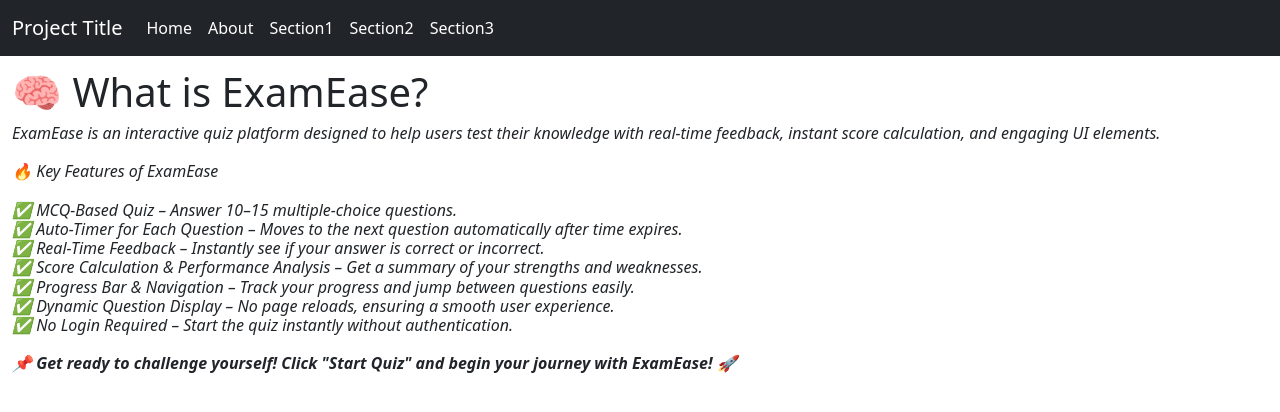
Repository: rahul-chakradhari/devquest
Page: /about (app in project/)
An editor plug-in stored every save of this project. The page is shown before and after the next save, followed by the edit.
The browser window is 1280 px wide. The pictures show the whole page.
The project was rebuilt for these pictures with package versions that can differ from the ones it lists, and the page was loaded fresh each time. Also part of the build but not shown: project/vite.config.js, project/src/components/Home.jsx, project/src/components/Section1.jsx, project/src/components/Section2.jsx, project/src/components/Section3.jsx, project/src/index.css.

Above is the page before, as saved 2025-02-23 13:06:50.

### project/index.html
<!DOCTYPE html>
<html lang="en">
  <head>
    <meta charset="UTF-8" />
    <link rel="icon" type="image/svg+xml" href="/vite.svg" />
    <meta name="viewport" content="width=device-width, initial-scale=1.0" />
    <title>Project</title>
    <link
      href="https://cdn.jsdelivr.net/npm/bootstrap@5.3.3/dist/css/bootstrap.min.css"
      rel="stylesheet"
      integrity="sha384-QWTKZyjpPEjISv5WaRU9OFeRpok6YctnYmDr5pNlyT2bRjXh0JMhjY6hW+ALEwIH"
      crossorigin="anonymous"
    />
  </head>
  <body>
    <div id="root"></div>
    <script type="module" src="/src/main.jsx"></script>
    <script
      src="https://cdn.jsdelivr.net/npm/bootstrap@5.3.3/dist/js/bootstrap.bundle.min.js"
      integrity="sha384-YvpcrYf0tY3lHB60NNkmXc5s9fDVZLESaAA55NDzOxhy9GkcIdslK1eN7N6jIeHz"
      crossorigin="anonymous"
    ></script>
  </body>
</html>

### project/src/App.jsx
import { useState } from "react";
import "./App.css";
import React from "react";
import { BrowserRouter as Router, Routes, Route } from "react-router-dom";
import Navbar from "./components/Navbar";
import Home from "./components/Home";
import About from "./components/About";
import Section1 from "./components/Section1";
import Section2 from "./components/Section2";
import Section3 from "./components/Section3";

function App() {
  const [count, setCount] = useState(0);

  return (
    <>
      <Router>
        <Navbar />
        <Routes>
          <Route path="/about" element={<About />} />
          <Route path="/" element={<Home />} />
          <Route path="/section1" element={<Section1 />} />
          <Route path="/section2" element={<Section2 />} />
          <Route path="/section3" element={<Section3 />} />
        </Routes>
      </Router>
    </>
  );
}

export default App;

### project/src/App.css
.right {
  width: 900px;
  height: 400px;
}
.stl,
.welcome {
  margin-left: 600px;
}
.left {
  font-size: 12px; /* Overall text size kam hoga */
}

.welcome {
  font-size: 18px; /* Heading ke liye */
}

.stl {
  font-size: 10px; /* Description text ke liye */
}
.welcome {
  margin-top: 2px;
}
.about {
  margin-left: 12px;
  margin-top: 12px;
}

### project/src/components/Navbar.jsx
import React from "react";
import { Link, useNavigate } from "react-router-dom";

const Navbar = () => {
  const navigate = useNavigate();
  const isLoggedIn = localStorage.getItem("token"); // Check if token exists

  const handleLogout = () => {
    localStorage.removeItem("token");
    navigate("/login");
  };

  return (
    <div>
      <nav className="navbar navbar-expand-lg navbar-dark bg-dark">
        <div className="container-fluid">
          <a className="navbar-brand" href="#">
            Project Title
          </a>
          <button
            className="navbar-toggler"
            type="button"
            data-bs-toggle="collapse"
            data-bs-target="#navbarSupportedContent"
            aria-controls="navbarSupportedContent"
            aria-expanded="false"
            aria-label="Toggle navigation"
          >
            <span className="navbar-toggler-icon"></span>
          </button>
          <div className="collapse navbar-collapse" id="navbarSupportedContent">
            <ul className="navbar-nav me-auto mb-2 mb-lg-0">
              <li className="nav-item">
                <Link className="nav-link active" aria-current="page" to="/">
                  Home
                </Link>
              </li>
              <li className="nav-item">
                <Link
                  className="nav-link active"
                  aria-current="page"
                  to="/about"
                >
                  About
                </Link>
              </li>
              <li className="nav-item">
                <Link
                  className="nav-link active"
                  aria-current="page"
                  to="/section1"
                >
                  Section1
                </Link>
              </li>
              <li className="nav-item">
                <Link
                  className="nav-link active"
                  aria-current="page"
                  to="/section2"
                >
                  Section2
                </Link>
              </li>
              <li className="nav-item">
                <Link
                  className="nav-link active"
                  aria-current="page"
                  to="/section3"
                >
                  Section3
                </Link>
              </li>
            </ul>
          </div>
        </div>
      </nav>
    </div>
  );
};

export default Navbar;

### project/src/components/About.jsx
import React from "react";

const About = () => {
  return (
    <div className="about">
      <h1>🧠 What is ExamEase? </h1>
      <h6>
        <i>
          ExamEase is an interactive quiz platform designed to help users test
          their knowledge with real-time feedback, instant score calculation,
          and engaging UI elements. <br /> <br />
          🔥 Key Features of ExamEase <br /> <br />✅ MCQ-Based Quiz – Answer
          10–15 multiple-choice questions. <br /> ✅ Auto-Timer for Each
          Question – Moves to the next question automatically after time
          expires. <br />✅ Real-Time Feedback – Instantly see if your answer is
          correct or incorrect. <br /> ✅ Score Calculation & Performance
          Analysis – Get a summary of your strengths and weaknesses. <br /> ✅
          Progress Bar & Navigation – Track your progress and jump between
          questions easily. <br /> ✅ Dynamic Question Display – No page
          reloads, ensuring a smooth user experience. <br /> ✅ No Login
          Required – Start the quiz instantly without authentication. <br />
          <b>
            {" "}
            <br />
            📌 Get ready to challenge yourself! Click "Start Quiz" and begin
            your journey with ExamEase! 🚀
          </b>
        </i>
      </h6>
    </div>
  );
};

export default About;

Loaded but not shown: project/src/main.jsx (common file)

After the next save:
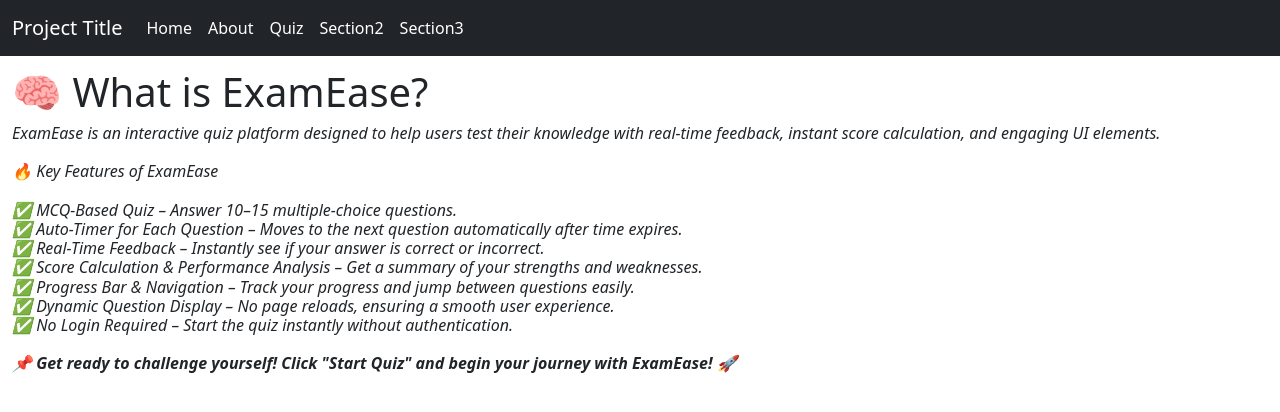
Saved 7 s later.
--- a/project/src/components/Navbar.jsx
+++ b/project/src/components/Navbar.jsx
@@ -48,9 +48,9 @@
                 <Link
                   className="nav-link active"
                   aria-current="page"
-                  to="/section1"
+                  to="/quiz"
                 >
-                  Section1
+                  Quiz
                 </Link>
               </li>
               <li className="nav-item">
